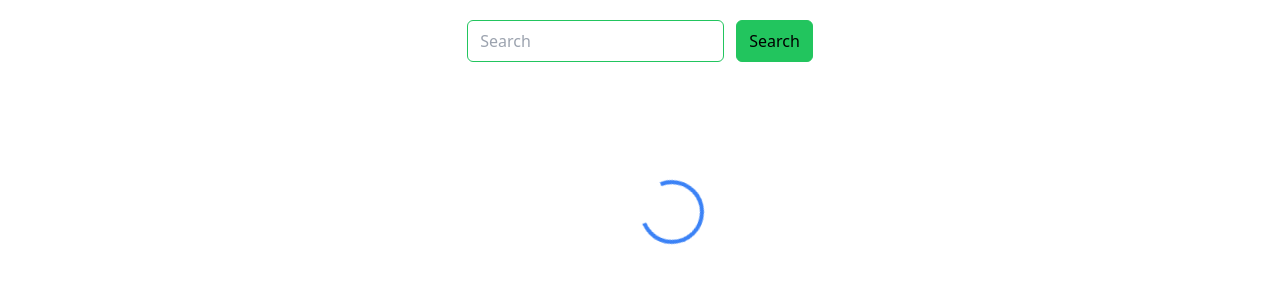
Repository: kimhieu153255/Image-search-app
Page: /, after clicking the first element matching `button.px-3`
The author's editor kept a copy of each file at every save. The page is drawn from the files as they stood at one save, then again after the next save.
The browser window is 1280 px wide. The pictures show the whole page.
The page's requests for data from a server got no answer. The project was rebuilt for these pictures with package versions that can differ from the ones it lists, and the page was loaded fresh each time. No one was signed in, and anything a server would have sent is missing. Also part of the build but not shown: vite.config.js, src/Components/Button/Loadmore.jsx, src/Components/Card/Card.jsx.

Above is the page before, as saved 2023-10-26 20:38:58.

After the next save:
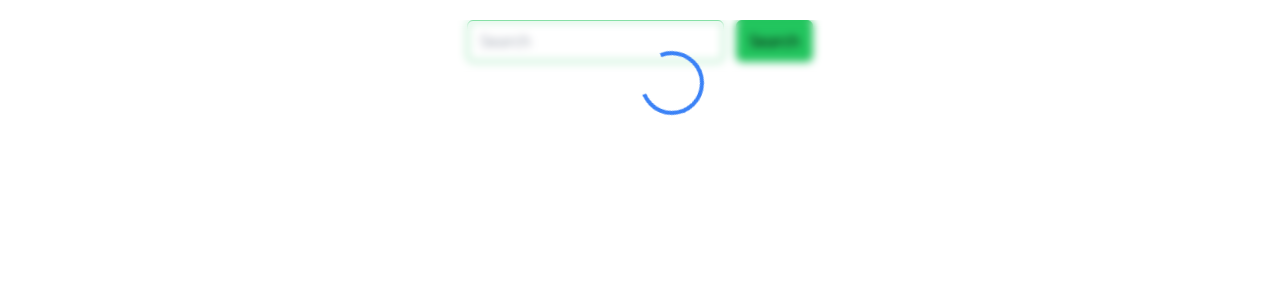
Saved 9 s later.
--- a/src/App.jsx
+++ b/src/App.jsx
@@ -14,7 +14,7 @@ function App() {
         <Loadmore></Loadmore>
       </div>
       {isLoading && (
-        <div className="inset-0 absolute backdrop-blur-sm top-40">
+        <div className="inset-0 absolute backdrop-blur-sm">
           <div className="inline-block h-16 w-16 animate-spin rounded-full border-4 border-solid border-r-transparent align-[-0.125em] text-secondary motion-reduce:animate-[spin_1.5s_linear_infinite] border-blue-500 absolute top-1/2 left-1/2 backdrop-blur-[2px]">
             <span className="!absolute !-m-px !h-px !w-px !overflow-hidden !whitespace-nowrap !border-0 !p-0 ![clip:rect(0,0,0,0)]"></span>
           </div>
